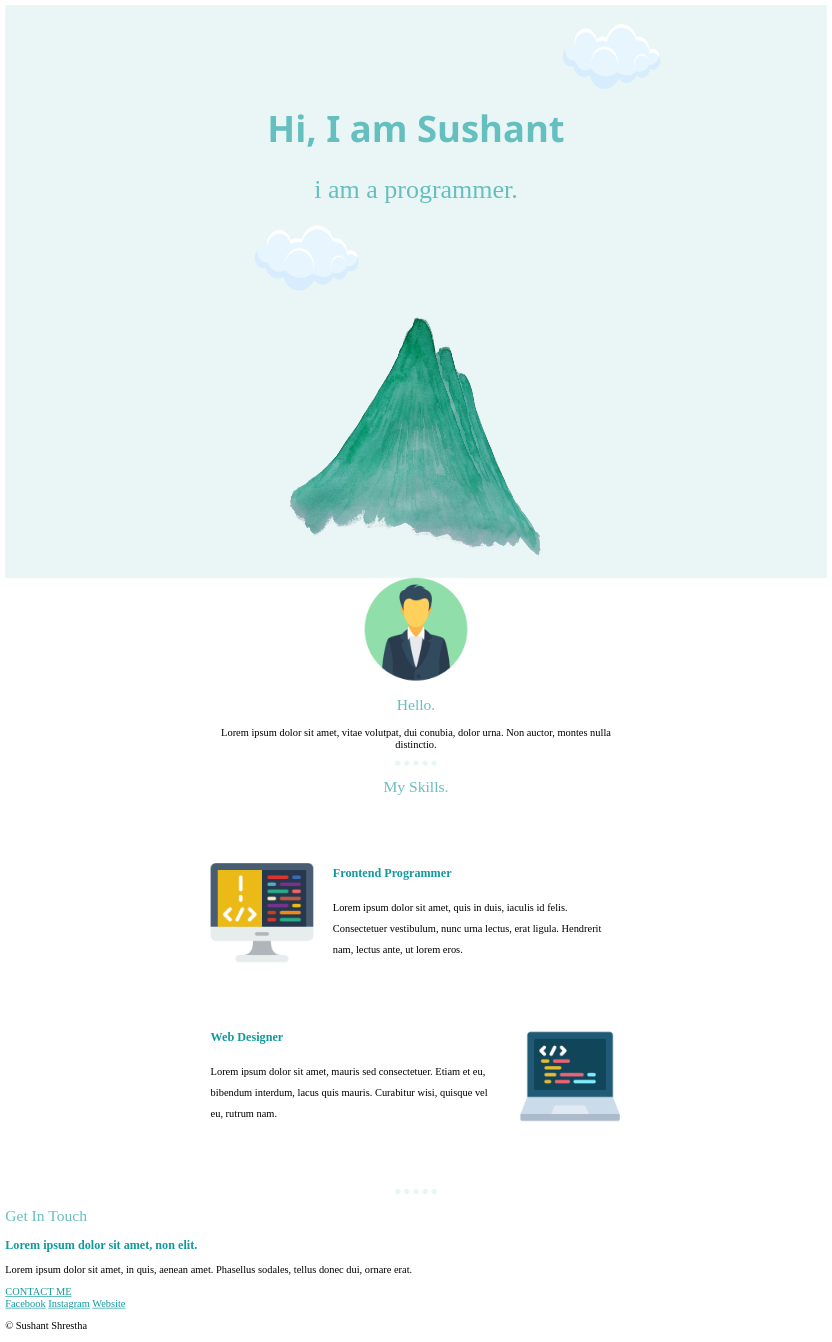
Repository: Sushant203/myPersonalSite
Page: index.html
An editor plug-in stored every save of this project. The page is shown before and after a run of saves, followed by the edit.
The browser window is 1280 px wide. The pictures show the whole page, at 65% of full size.

Above is the page before, as saved 2022-12-13 19:01:29.

After the next 2 saves:
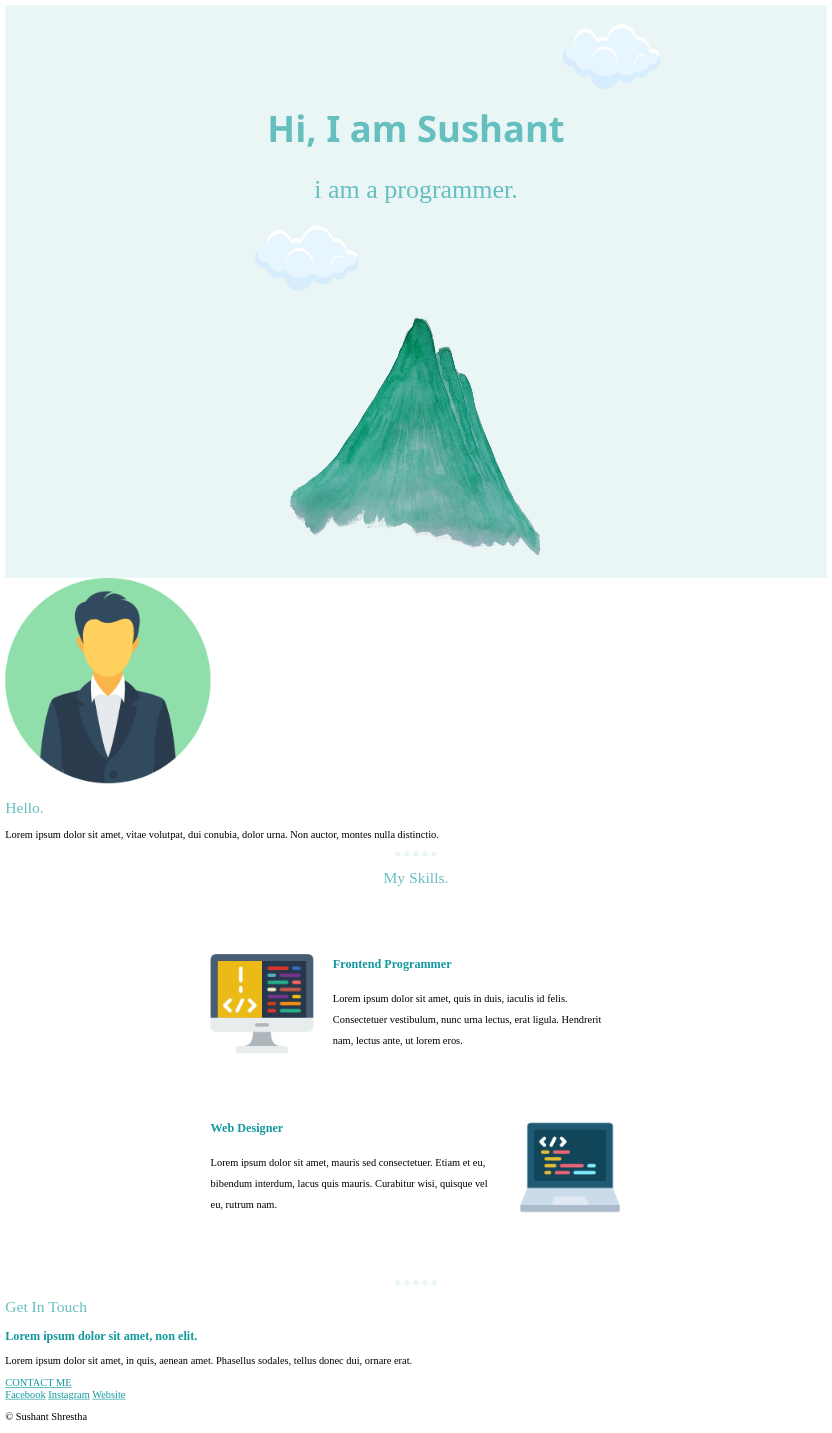
The 2 saves are shown as one change because they came seconds apart.
The last was saved 67 s later.
--- a/css/style.css
+++ b/css/style.css
@@ -57,6 +57,7 @@
 
 /* middle container css starts */
 /* profile section css starts */
+.middle
 .profile{
     width: 50%;
     position: relative;

After the 3 saves that followed:
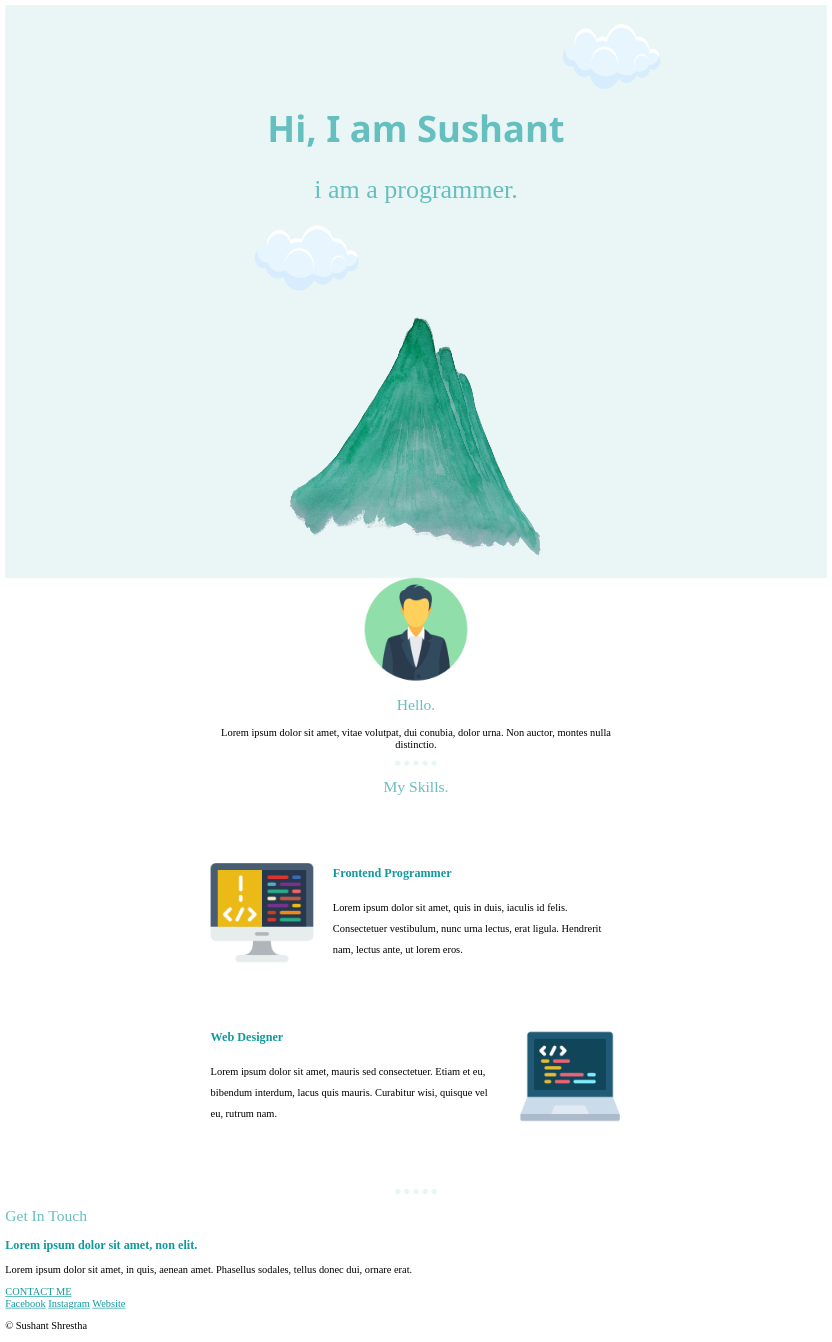
The 3 saves are shown as one change because 1 left the picture as it was and some came seconds apart.
The last was saved 20 s later.
--- a/css/style.css
+++ b/css/style.css
@@ -57,7 +57,9 @@
 
 /* middle container css starts */
 /* profile section css starts */
-.middle
+.middle-container{
+    padding
+}
 .profile{
     width: 50%;
     position: relative;
